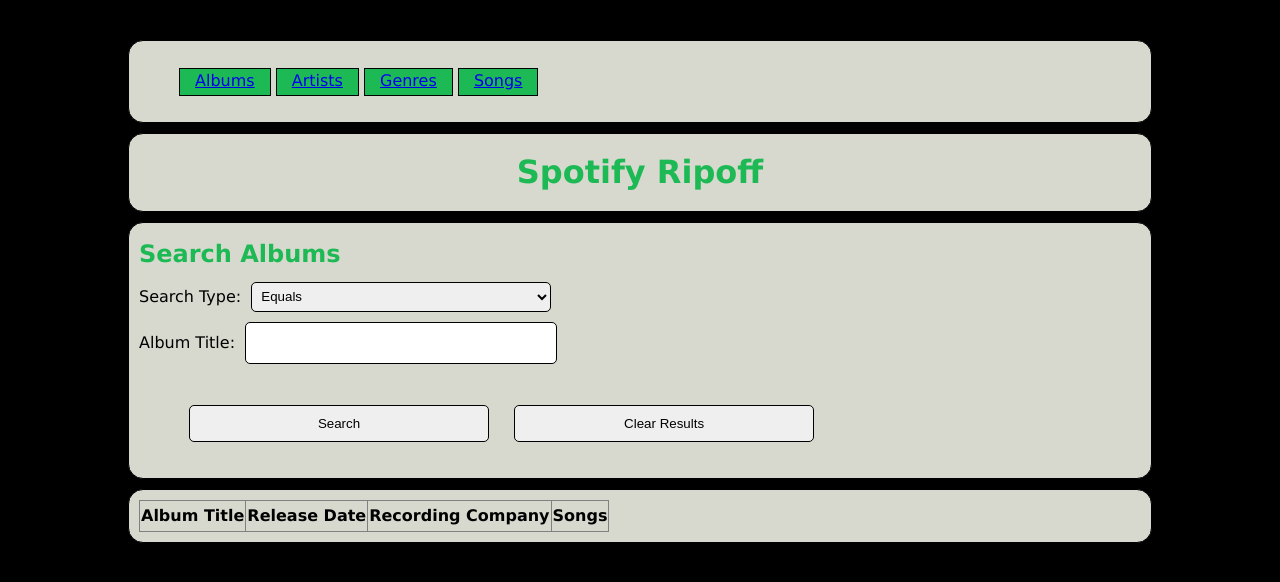
Repository: RRGTHWAR/bkg16_INFSCI1017
Page: bkg16_Music_FinalProject/WebContent/album.html
An editor plug-in stored every save of this project. The page is shown before and after the next save, followed by the edit.
The browser window is 1280 px wide. The pictures show the whole page.

Above is the page before, as saved 2019-04-14 13:42:14.

### bkg16_Music_FinalProject/WebContent/album.html
<!DOCTYPE html>
<html>
<head>
<meta charset="UTF-8">
<title>Albums</title>
<link href="css/style.css" rel="stylesheet" type="text/css" />
<script src="js/jquery-3.3.1.min.js"></script>
</head>
<body>
	<div id="navBar">
		<ul>
			<li><a href="album.html" title="Albums">Albums</a></li>
			<li><a href="artist.html" title="Artists">Artists</a></li>
			<li><a href="genre.html" title="Genres">Genres</a></li>
			<li><a href="song.html" title="Songs">Songs</a></li>
		</ul>
	</div>
	<h1 id="mainHeader" >Spotify Ripoff</h1>
	<div id="albumSearch" class="searchBox" >
		<h2>Search Albums</h2>
		<div>
			Search Type:
			<select name="searchType" id="searchType" class="textField">
				<option value="equals">Equals</option>
				<option value="begins">Begins</option>
				<option value="ends">Ends</option>
				<option value="contains">Contains</option>
				<option value="">All</option>
			</select>
		</div>
		<div>
			Album Title: <input type="text" id="albumTitle" name="albumTitle" value="" class="textField" />
		</div>
		<div id="btns" >
			<ul>
				<li><input type="button" id="btnSearch" name="btnSubmit" class="actButton" value="Search" /></li>
				<li><input type="button" id="btnClear" name ="btnClear" class="actButton" value="Clear Results" /></li>
			</ul>
		</div>
	</div>

	<div id="searchResults">
		<table border="1" id="tblSearchResults">
			<tr>
				<th>Album Title</th>
				<th>Release Date</th>
				<th>Recording Company</th>
				<th>Songs</th>
			</tr>
		</table>
	</div>

	</body>
	<script>
		$(document).ready(function (){
			if (window.location.href.indexOf("?artistID=") > -1) {
				var addy = window.location.href;
				var artistID = addy.substring(addy.indexOf("=") + 1);
				var url = "AlbumListWS?artistID=" + artistID;
				$.get(url, function(resp){
					parseAlbumData(resp);
				})
			};
			if (window.location.href.indexOf("?songID=") > -1) {
				var addy = window.location.href;
				var songID = addy.substring(addy.indexOf("=") + 1);
				var url = "AlbumListWS?songID=" + songID;
				$.get(url, function(resp){
					parseAlbumData(resp);
				})
			};
			$("#btnClear").click(function (){
				clearResultsTable();
			});
			$("#btnSearch").click(function (){
				search();
			});

			$("#albumTitle").keyup(function(){
				var keyPressed = $("#albumTitle").val();
				if(keyPressed.length > 2) {
					search();
				} else {
					clearResultsTable();
				}

			});
		});

		function search(optSearchType){
			var albumTitle = $("#albumTitle").val();
			var searchType = "";

			//Logic for dealing with optional parameters
			if(optSearchType === undefined) {
				var searchType = $("#searchType").val();
			} else{
				searchType = optSearchType;
			}
			// console.log("Song: " + albumTitle);
			// console.log("SearchType: " + searchType);
			var url = "AlbumListWS?albumTitle=" + albumTitle + "&searchType=" + searchType;
			// console.log(url);
			$.get(url, function(resp){
				parseAlbumData(resp);
			})
		}

		function parseAlbumData(data){
			//$("#searchResults").text(JSON.stringify(data));
			clearResultsTable();
			var result = "";

			for(var i=0; i < data.length; i++) {
				var tr = $("<tr></tr>"); //Created empty html table row

				//First data cell
				var td = $("<td></td>"); //Created empty html table data
				td.html(data[i].title);
				tr.append(td);

				//Second data cell
				td = $("<td></td>"); //Note that we don't need to redeclare this
				td.html(data[i].release_date);
				tr.append(td);

				//Third data cell
				td = $("<td></td>"); //Note that we don't need to redeclare this
				td.html(data[i].recording_company_name);
				tr.append(td);

				//Fourth data cell
				td = $("<td class='songLink'></td>"); //Note that we don't need to redeclare this
				var link = "<a href='song.html?albumID=" + data[i].album_id + "'>View Songs</a>";
				td.html(link);
				tr.append(td);

				//Append row to table
				$("#tblSearchResults").append(tr);
				//result += 'Title: ' + data[i].title + '<br />';
			}


			//$("#searchResults").html(result);
		}

		//Source: https://stackoverflow.com/questions/2620181/clear-table-jquery
		function clearResultsTable() {
			$("#tblSearchResults td").parent().remove();
		}

		//Source: https://memorynotfound.com/detect-enter-keypress-javascript-jquery/
		$(document).keypress(function(e) {
			var keycode = (e.keyCode ? e.keyCode : e.which);
			if (keycode == '13') {
				$("#btnSearch").click();
			}
		});

	</script>
</html>

### bkg16_Music_FinalProject/WebContent/css/style.css
@charset "UTF-8";

html, body {
	background-color: black;
}

body {
	font-family: Verdana, Geneva, sans-serif;
	font-size: 100%;
	width: 80%;
	margin-right: auto;
	margin-left: auto;
	padding: 2.5% 2.5% 0;
	line-height: 1.8;
}

h1, h2, h3, h4, h5, h6, p {
	margin: 0;
	padding: 0;
}

h1, h2, h3, h4, h5, h6 {
	color: #1DB954;
}

p {
	margin-bottom: 1em;
}

#navBar {
	background-color: #D7D9CE;
	border: 1px solid #000;
	padding: 10px;
	border-radius: 15px;
}

#navBar ul li {
	background-color: #1DB954;
	margin-left: 0;
	margin-bottom: 10px;
	padding: 2px 15px 5px;
	border: 1px solid #000;
	list-style: none;
	display: inline;
}

#mainHeader {
	background-color: #D7D9CE;
	border: 1px solid #000;
	padding: 10px;
	margin-top: 10px;
	border-radius: 15px;
	text-align: center;
}

.searchBox {
	background-color: #D7D9CE;
	border: 1px solid #000;
	padding: 10px;
	margin-top: 10px;
	border-radius: 15px;
	margin-bottom: 10px;
}

.textField {
	border: 1px solid #000;
	border-radius: 5px;
	padding: 5px;
	margin: 5px;
	width: 300px;
	height: 30px;
}

#searchResults {
	background-color: #D7D9CE;
	border: 1px solid #000;
	padding: 10px;
	margin-top: 10px;
	border-radius: 15px;
	display: block;
	margin: 0 auto;
}

#btns ul li {
	padding: 10px;
	margin-top: 10px;
	border-radius: 15px;
	text-align: center;
	list-style: none;
	display: inline-block;
}

input[type=button] {
	border: 1px solid #000;
	padding: 10px;
	border-radius: 5px;
	display: inline-block;
	margin: 0 auto;
	width: 300px;
}

#tblSearchResults {
	border-collapse: collapse;
}

#tblSearchResults tr th td {
	border: 1px solid #000;
	padding: 5px;
	border-collapse: collapse;
	display: inline-block;
	margin: 0 auto;
	text-align: center;
}

Loaded but not shown: bkg16_Music_FinalProject/WebContent/js/jquery-3.3.1.min.js (library)

After the next save:
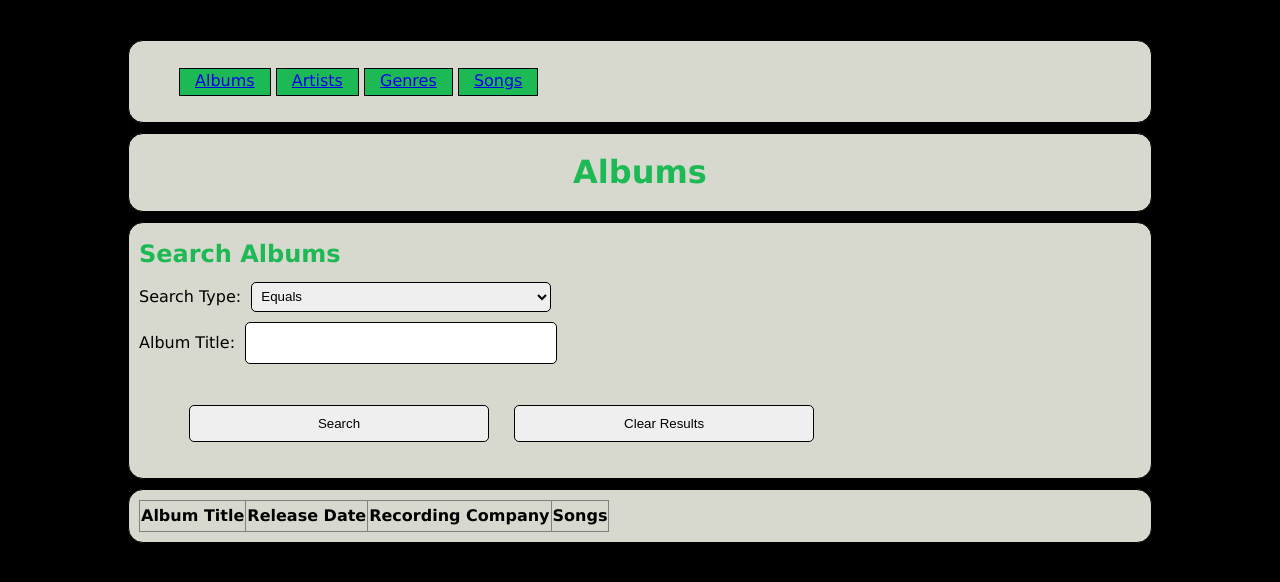
Saved 2 min 52 s later.
--- a/bkg16_Music_FinalProject/WebContent/album.html
+++ b/bkg16_Music_FinalProject/WebContent/album.html
@@ -15,7 +15,7 @@
 			<li><a href="song.html" title="Songs">Songs</a></li>
 		</ul>
 	</div>
-	<h1 id="mainHeader" >Spotify Ripoff</h1>
+	<h1 id="mainHeader" >Albums</h1>
 	<div id="albumSearch" class="searchBox" >
 		<h2>Search Albums</h2>
 		<div>
